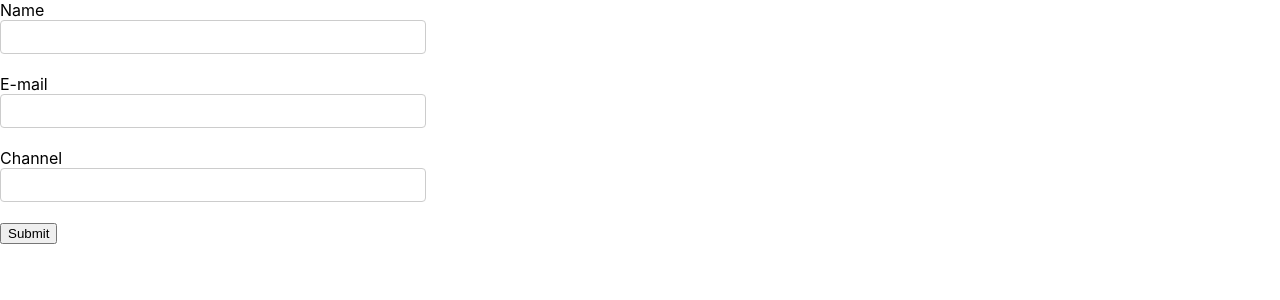
Repository: taivuong95/react-formik
Page: / (app in react-formik-demo/)
An editor plug-in stored every save of this project. The page is shown before and after the next save, followed by the edit.
The browser window is 1280 px wide. The pictures show the whole page.
The project was rebuilt for these pictures with package versions that can differ from the ones it lists, and the page was loaded fresh each time.

Above is the page before, as saved 2021-01-17 16:29:16.

After the next save:
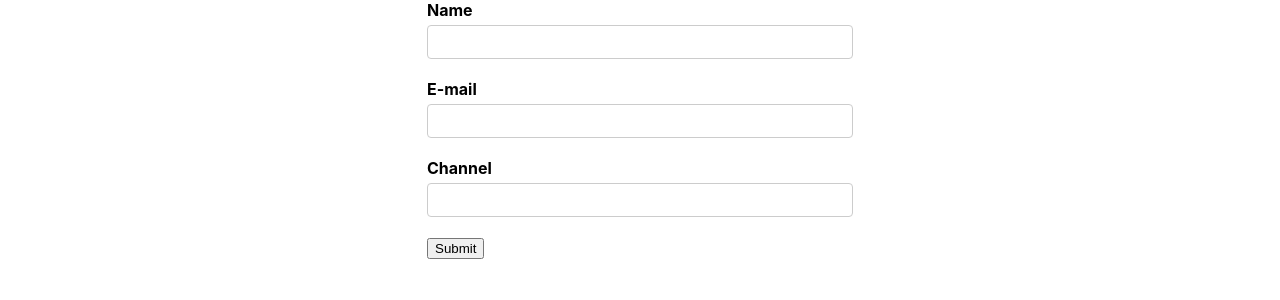
Saved 55 s later.
--- a/react-formik-demo/src/App.css
+++ b/react-formik-demo/src/App.css
@@ -1,4 +1,15 @@
 
+.App{
+  display:flex;
+  justify-content:center;
+
+}
+
+label{
+  font-weight: bold;
+  display: flex;
+  margin-bottom: 5px;
+}
 input[type="text"],
 input[type="email"]{
   display:block;
